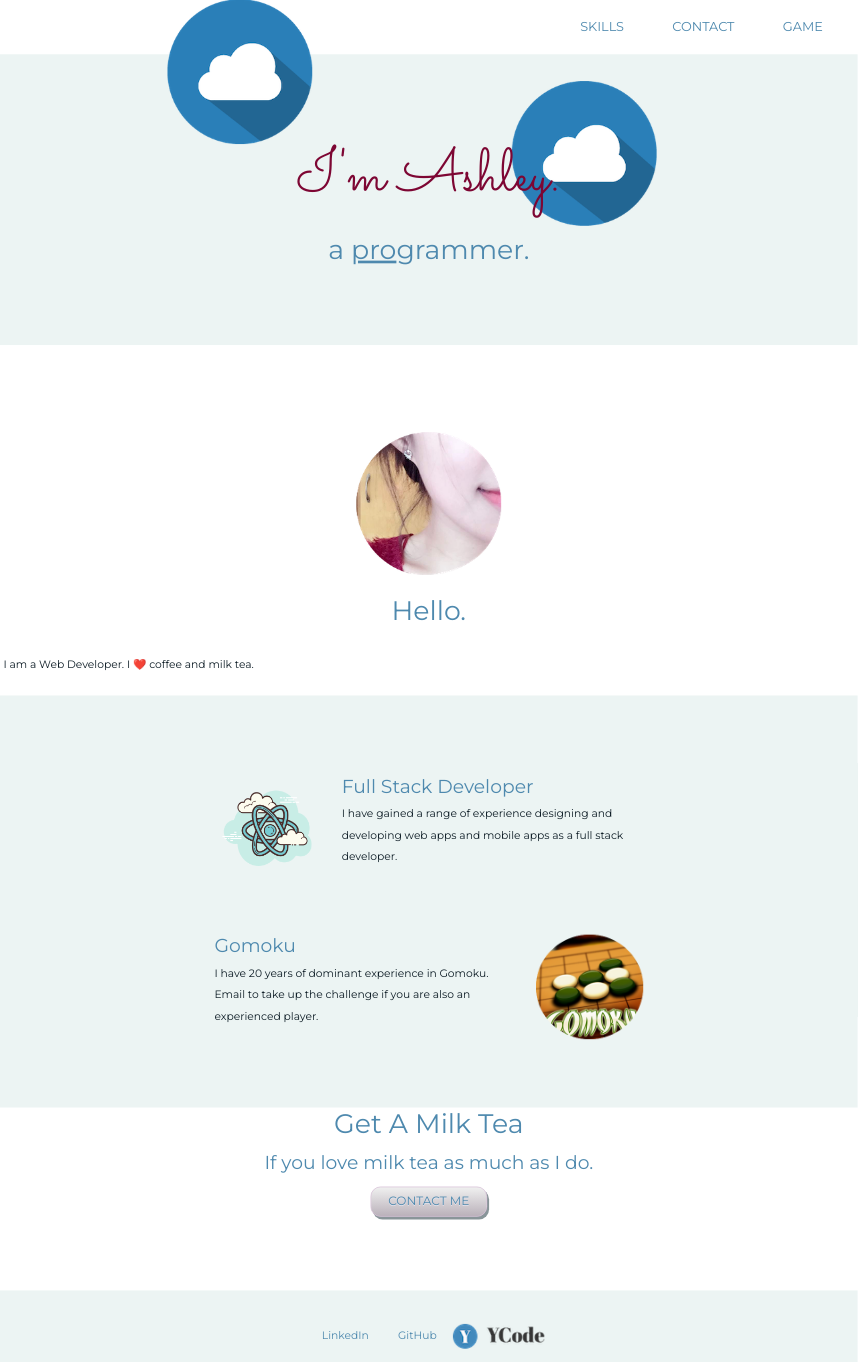
Repository: nosugarpls/YCode-my-website
Page: index.html
These files come from the project's save history. The page is drawn as it stood at one moment and after the next save; the edit follows.
The browser window is 1280 px wide. The pictures show the whole page, at 67% of full size.

Above is the page before, as saved 2020-09-25 10:26:48.

### index.html
<!DOCTYPE html>
<html>
<head>
  <meta charset="utf-8">
  <title>Ashley(Yu) Shi</title>


  <!-- CSS Stylesheets -->
  <link rel="stylesheet" href="https://stackpath.bootstrapcdn.com/bootstrap/4.5.2/css/bootstrap.min.css" integrity="sha384-JcKb8q3iqJ61gNV9KGb8thSsNjpSL0n8PARn9HuZOnIxN0hoP+VmmDGMN5t9UJ0Z" crossorigin="anonymous">
  <link rel="stylesheet" href="css/styles.css">
  <link href="https://fonts.googleapis.com/css?family=Merriweather|Montserrat|Sacramento" rel="stylesheet">
  <link rel="icon" href="images/YLogo.png">


  <!-- Bootstrap Scripts -->
  <script src="https://code.jquery.com/jquery-3.5.1.slim.min.js" integrity="sha384-DfXdz2htPH0lsSSs5nCTpuj/zy4C+OGpamoFVy38MVBnE+IbbVYUew+OrCXaRkfj" crossorigin="anonymous"></script>
  <script src="https://cdn.jsdelivr.net/npm/popper.js@1.16.1/dist/umd/popper.min.js" integrity="sha384-9/reFTGAW83EW2RDu2S0VKaIzap3H66lZH81PoYlFhbGU+6BZp6G7niu735Sk7lN" crossorigin="anonymous"></script>
  <script src="https://stackpath.bootstrapcdn.com/bootstrap/4.5.2/js/bootstrap.min.js" integrity="sha384-B4gt1jrGC7Jh4AgTPSdUtOBvfO8shuf57BaghqFfPlYxofvL8/KUEfYiJOMMV+rV" crossorigin="anonymous"></script>
</head>

<body>

  <!-- Nav Bar -->
  <nav class="navbar navbar-expand-lg navbar-light">
    <button class="navbar-toggler" type="button" data-toggle="collapse" data-target="#navbarToggler">
        <span class="navbar-toggler-icon"></span>
    </button>

    <div class="collapse navbar-collapse" id="navbarToggler">
      <ul class="navbar-nav ml-auto">
        <li class="nav-item">
          <a class="nav-link" href="#skills">SKILLS</a>
        </li>
        <li class="nav-item">
          <a class="nav-link" href="#contact">CONTACT</a>
        </li>
        <li class="nav-item">
          <a class="nav-link" href="piano.html">GAME</a>
        </li>
      </ul>
    </div>
  </nav>


  <div class="top-container">
    <img class="top-cloud" src="images/cloud.png" alt="cloud">
    <div class="title-text">
      <h1 class="big-title">I'm Ashley.</h1>
      <h2>a <span class="pro">pro</span>grammer.</h2>
    </div>
    <img class="bottom-cloud" src="images/cloud.png" alt="cloud">
  </div>

  <div class="middle-container">
    <div class="profile">
      <img class="avatar" src="images/ashely.png" alt="ashley-profile-img">
      <h2>Hello.</h2>
      <p class="intro">I am a Web Developer. I ❤️ coffee and milk tea.</p>
    </div>

    <div class="skills" id="skills">
      <div class="skill-row">
        <img class="react-img" src="images/react.png" alt="react-img">
        <h3>Full Stack Developer</h3>
        <p>I have gained a range of experience designing and developing web apps and mobile apps as a full stack developer.</p>
      </div>
      <div class="skill-row">
        <img class="game-img" src="images/game.png" alt="game-img">
        <h3>Gomoku</h3>
        <p>I have 20 years of dominant experience in Gomoku. Email to take up the challenge if you are also an experienced player.</p>
      </div>

    </div>

    <div class="contact-me" id="contact">
      <h2>Get A Milk Tea</h2>
      <h3>If you love milk tea as much as I do.</h3>
      <a class="btn" href="mailto:coloraworld@gmail.com">CONTACT ME</a>
    </div>
  </div>


  <div class="bottom-container">
    <a href="https://www.linkedin.com/in/yu-ashley-shi-328239197/">LinkedIn</a>
    <a href="https://github.com/nosugarpls">GitHub</a>
    <img src="images/logo.png" alt="img">
  </div>
</body>
</html>

### css/styles.css
body {
  color: #40514E;
  margin: 0;
  text-align: center;
  font-family: 'Merriweather', serif;
}

h1 {
  color: #7d0633;
  font-size: 5.625rem;
  margin: 50px auto 0 auto;
  font-family: 'Sacramento', cursive;
  z-index: 1;
  position: relative;
}

h2 {
  color: #4e89ae;
  font-family: 'Montserrat', sans-serif;
  font-size: 2.5rem;
  font-weight: normal;
  padding-bottom: 10px;
}

h3 {
  color: #4e89ae;
  font-family: 'Montserrat', sans-serif;
}

p {
  line-height: 2;
  color: #0f1e27;
  font-family: 'Montserrat', sans-serif;
}

a {
  color: #4e89ae;
  font-family: 'Montserrat', sans-serif;
  margin: 10px 20px;
  text-decoration: none;
}

.big-title {
  margin-top: 30px;
  margin-bottom: 30px;
}

.avatar {
  margin-top: 30px;
  margin-bottom: 30px;
}

.skills {
  background-color: #ecf4f3;
  padding-top: 20px;
  padding-bottom: 20px;
}


.top-container {
  background-color: #ecf4f3;
  position: relative;
  padding-top: 100px;
  padding-bottom: 100px;
}


.middle-container {
  margin-top: 100px;
  margin-bottom: 100px;
}

.bottom-container {
  background-color: #ecf4f3;
  padding: 50px 0 20px;
}

.skill-row {
  width: 50%;
  margin: 100px auto 100px auto;
  text-align: left;
}

.pro {
  text-decoration: underline;
}

.intro {
  width: 30%;
  margin-top: 30px;
  margin-bottom: 30px;
  margin-left: 0px;
  margin-right: 0px;
  color: #0f1e27;
  font-family: 'Montserrat', sans-serif;
}

.contact-message {
  width: 40%;
  margin: 40px auto 60px;
}

.top-cloud {
  position: absolute;
  right: 300px;
  top: 40px;
}

.bottom-cloud {
  position: absolute;
  left: 250px;
  bottom: 300px;
}

.react-img {
  width: 25%;
  float: left;
  margin-right: 30px;
}

.game-img {
  width: 25%;
  float: right;
  margin-left: 30px;
}

.btn {
	box-shadow: 3px 4px 0px 0px #899599;
	background:linear-gradient(to bottom, #ededed 5%, #bab1ba 100%);
	background-color:#ededed;
	border-radius:15px;
	border:1px solid #d6bcd6;
	display:inline-block;
	cursor:pointer;
	color:#4e89ae;
  font-family: 'Montserrat', sans-serif;
	font-size:18px;
	padding:8px 25px;
	text-decoration:none;
	text-shadow:0px 1px 0px #e1e2ed;
}

.btn:hover {
	background:linear-gradient(to bottom, #bab1ba 5%, #ededed 100%);
	background-color:#bab1ba;
}

.btn:active {
	position:relative;
	top:1px;
}

/* Navigation Bar */

.nav-item {
  padding: 0 8px;
}

.nav-link {
  font-size: 1.2rem;
  font-family: 'Montserrat', sans-serif;
  color: #4e89ae !important;
  z-index: 2;
  position:relative;
}

After the next save:
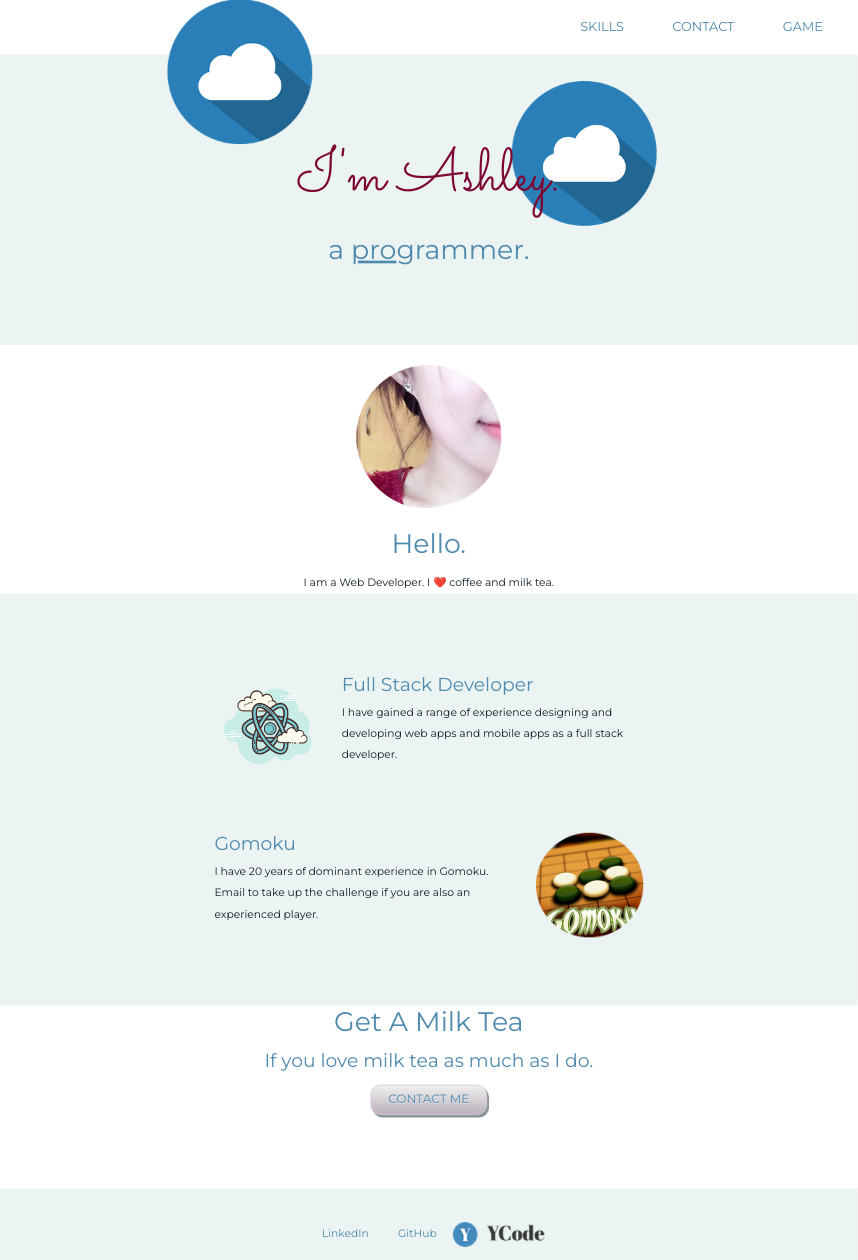
Saved 47 s later.
--- a/css/styles.css
+++ b/css/styles.css
@@ -66,7 +66,7 @@ a {
 
 
 .middle-container {
-  margin-top: 100px;
+  margin-top: auto;
   margin-bottom: 100px;
 }
 
@@ -87,10 +87,7 @@ a {
 
 .intro {
   width: 30%;
-  margin-top: 30px;
-  margin-bottom: 30px;
-  margin-left: 0px;
-  margin-right: 0px;
+  margin: auto;
   color: #0f1e27;
   font-family: 'Montserrat', sans-serif;
 }
